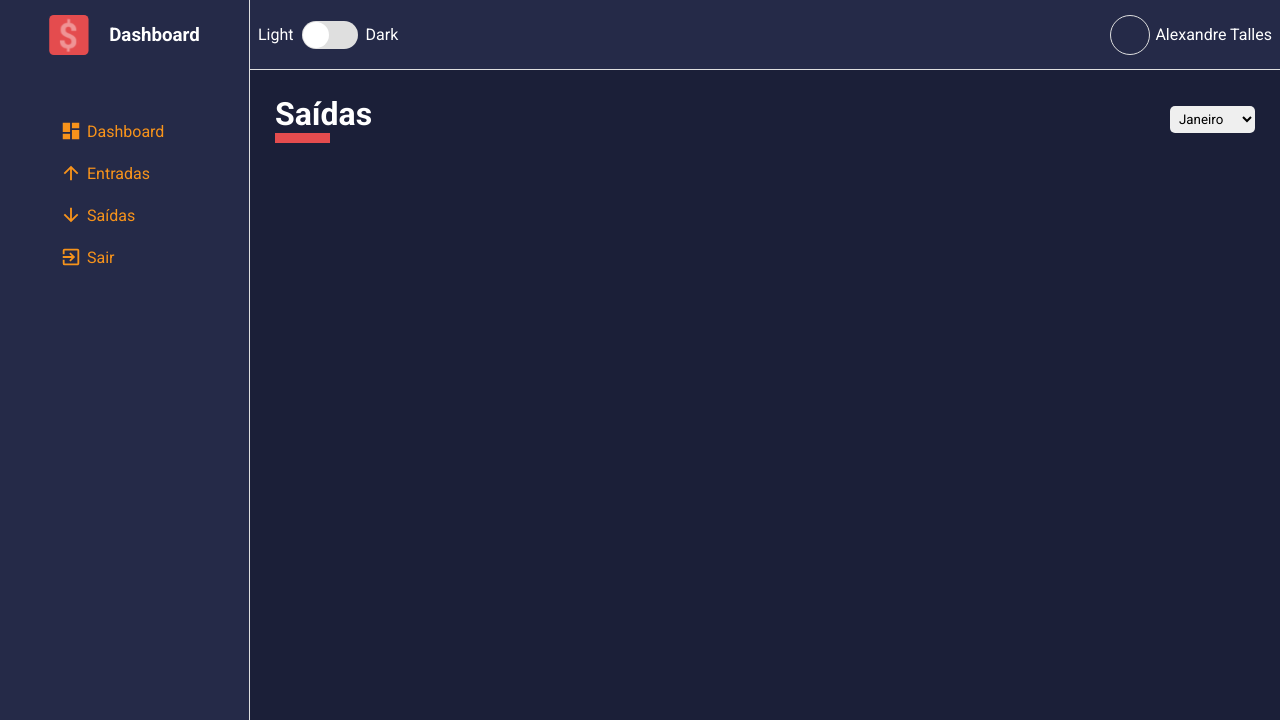
Repository: XFERRER7/dashboard
Page: /
These files come from the project's save history. The page is drawn as it stood at one moment and after a run of saves; the edit follows.
The browser window is 1280 px wide. The pictures show the whole page.
The project was rebuilt for these pictures with package versions that can differ from the ones it lists, and the page was loaded fresh each time. Also part of the build but not shown: vite.config.ts.

Above is the page before, as saved 2022-07-11 16:42:34.

After the next 2 saves:
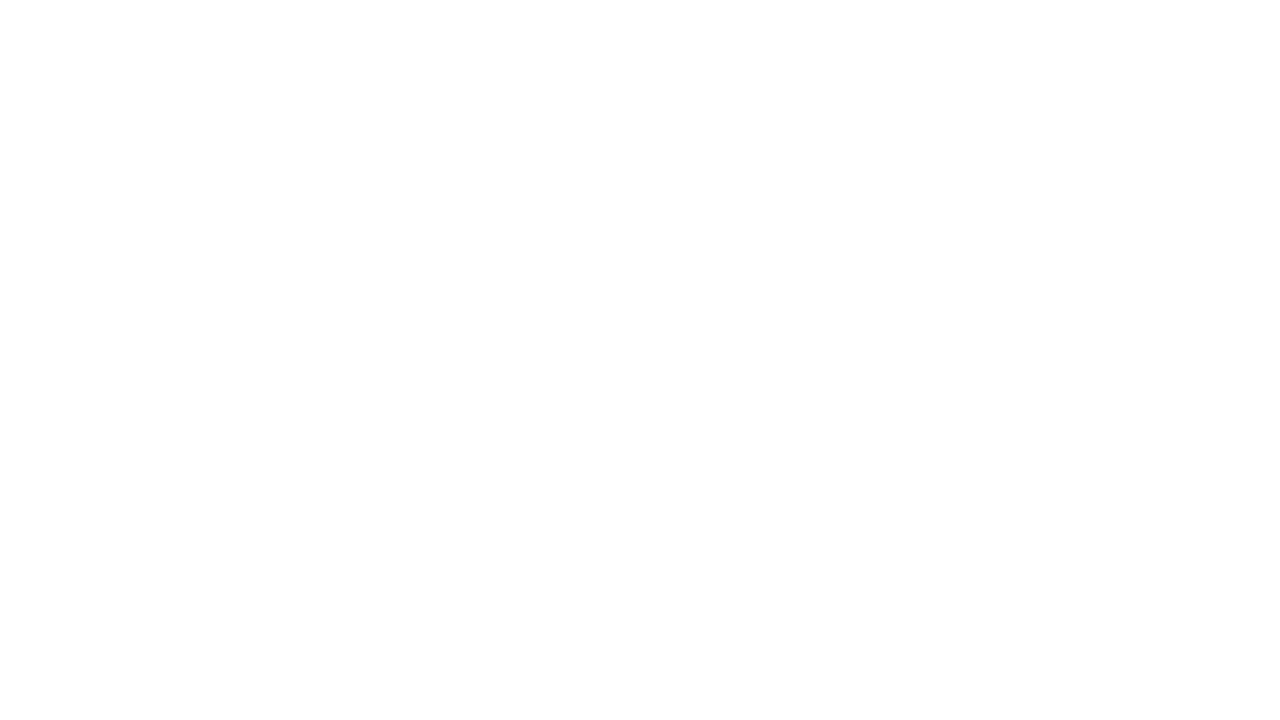
Console error: ReferenceError: Highlighter is not defined
The 2 saves are shown as one change because they came seconds apart.
The last was saved 65 s later.
--- a/src/components/CardFinance/index.tsx
+++ b/src/components/CardFinance/index.tsx
@@ -11,7 +11,7 @@ export const CardFinance = () => {
 
   return (
     <Container>
-
+      <Highlighter/>
       <Card>
 
       </Card>

After the 4 saves that followed:
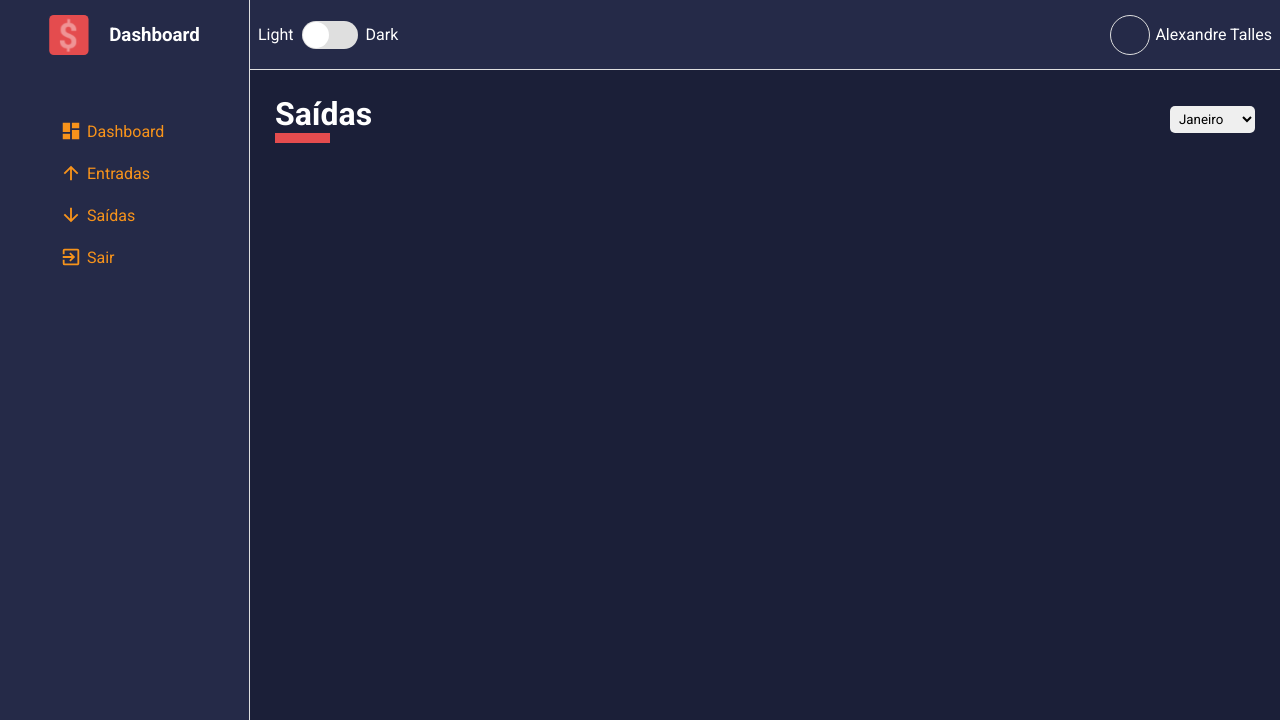
The error is gone.
The 4 saves are shown as one change because 1 did not build or start and some came seconds apart.
The last was saved 12 s later.
--- a/src/components/CardFinance/index.tsx
+++ b/src/components/CardFinance/index.tsx
@@ -2,7 +2,8 @@
 import { Toggle } from '../../MiniComponents/Toggle'
 import {
   Container,
-  Card
+  Card,
+  Highlighter
 }
   from './Styles'
 
--- a/src/components/CardFinance/Styles.ts
+++ b/src/components/CardFinance/Styles.ts
@@ -7,3 +7,7 @@ export const Container = styled.div`
 export const Card = styled.div`
 
 `
+
+export const Highlighter = styled.div`
+
+`
